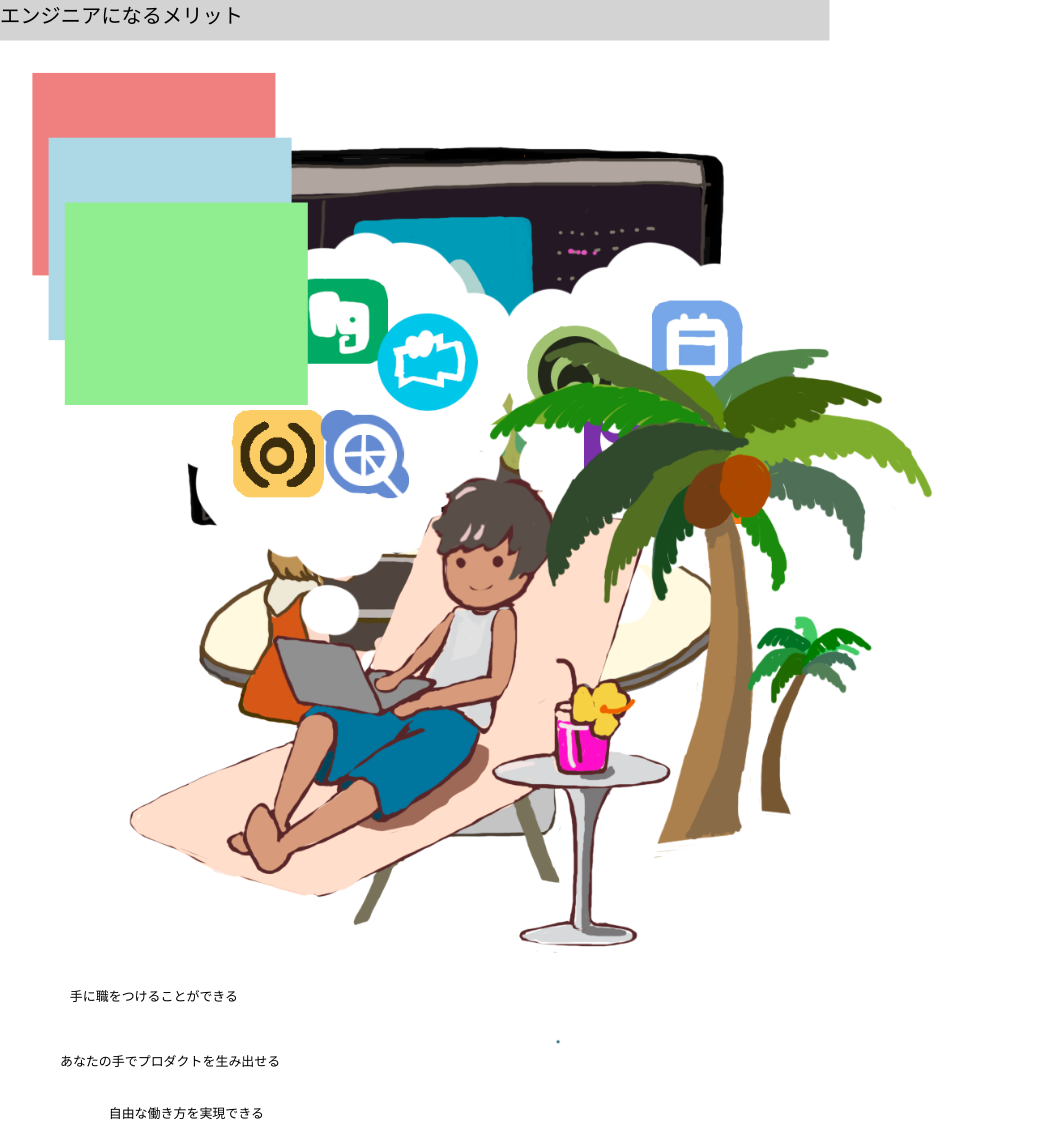
Repository: m-mao/firsa_app
Page: html_css/output_htmcss/output7.html
The author's editor kept a record of every edit. The page is drawn from the files as they stood at one moment, then again after the next edit.
The browser window is 1280 px wide. The pictures show the whole page, at 81% of full size.

Above is the page before.

After the next edit:
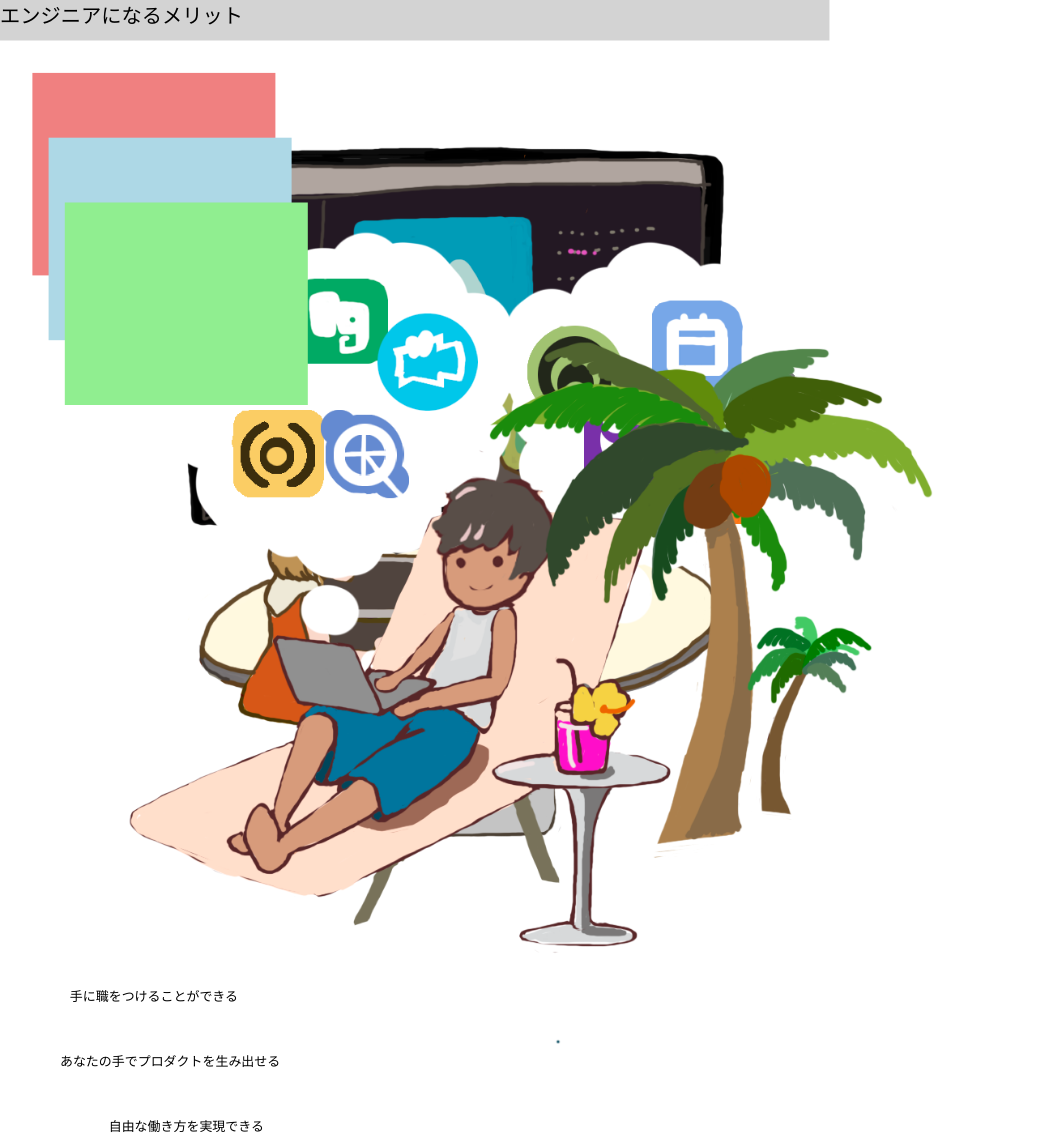
The edit:
--- a/html_css/output_htmcss/output7.html
+++ b/html_css/output_htmcss/output7.html
@@ -20,7 +20,7 @@
       </div>
       <div class="benefit3">
           <img src="output-image3.png" alt="output-image3.png" class="output-image">
-        自由な働き方を実現できる
+          <p>自由な働き方を実現できる</p>
       </div>
     </div>
   </body>
